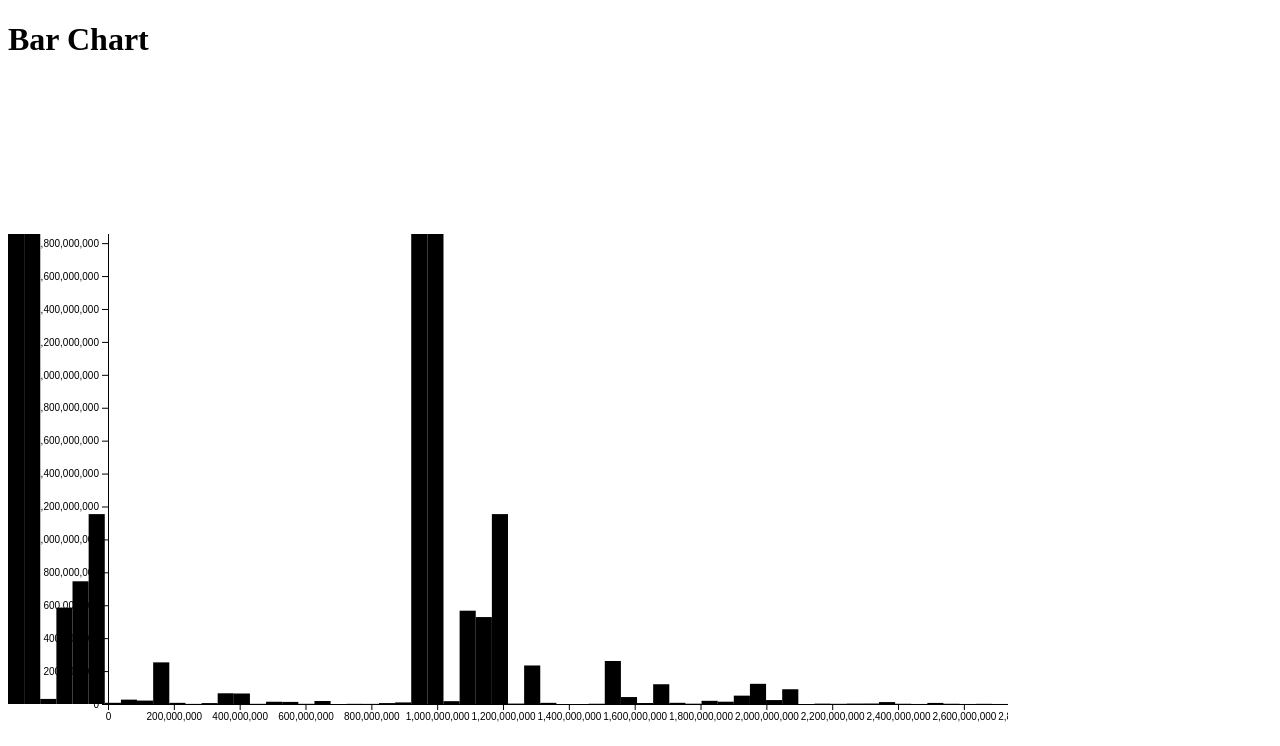
Repository: komalharjani/d3js-visualisation
Page: index.html
These files come from the project's save history. The page is drawn as it stood at one moment and after the next save; the edit follows.
The browser window is 1280 px wide. The pictures show the whole page.

Above is the page before, as saved 2020-04-29 18:22:59.

After the next save:
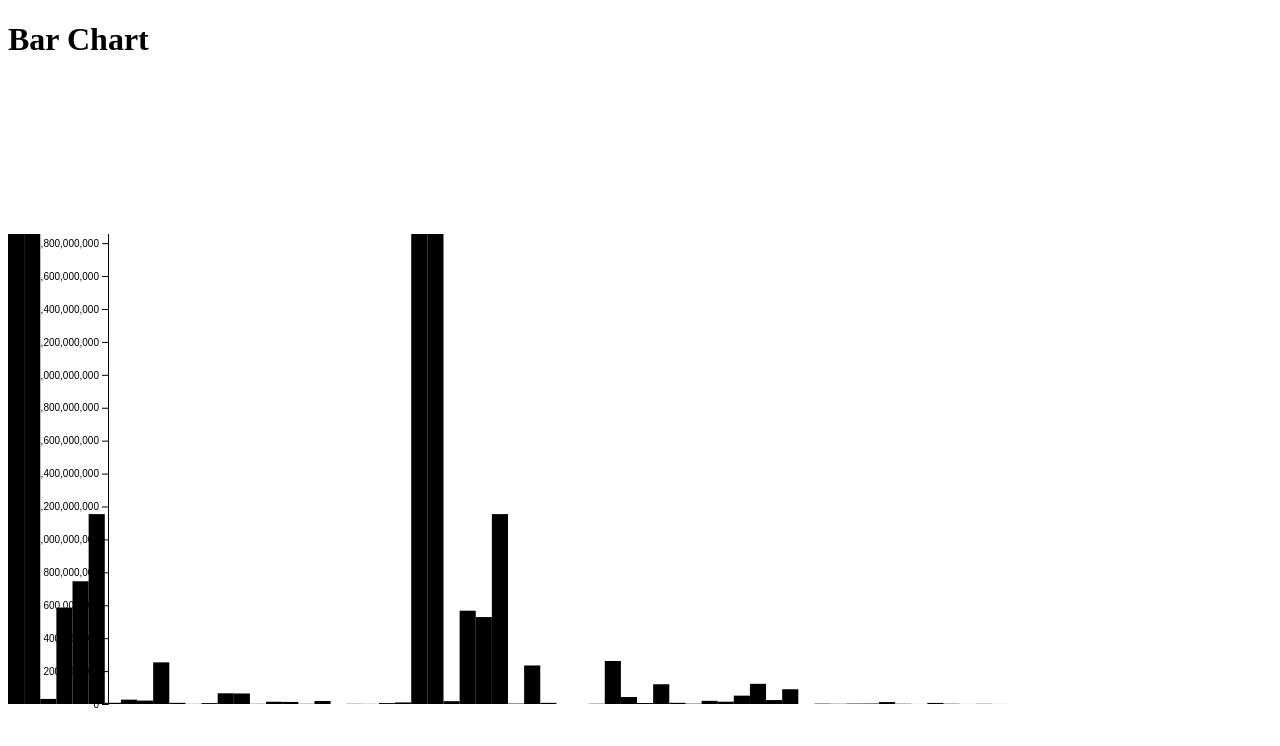
Saved 20 s later.
--- a/index.js
+++ b/index.js
@@ -57,12 +57,12 @@ d3.csv(dataPath)
 
 
                 //X Axis
-                let x_axis = d3.axisBottom()
-                        .scale(xscale);
-                let xAxisTranslate = height - 30;
-                svg.append("g")
-                        .attr("transform", "translate(100, " + xAxisTranslate + ")")
-                        .call(x_axis)
+                // let x_axis = d3.axisBottom()
+                //         .scale(xscale);
+                // let xAxisTranslate = height - 30;
+                // svg.append("g")
+                //         .attr("transform", "translate(100, " + xAxisTranslate + ")")
+                //         .call(x_axis)
 
 
                 //Barchart
